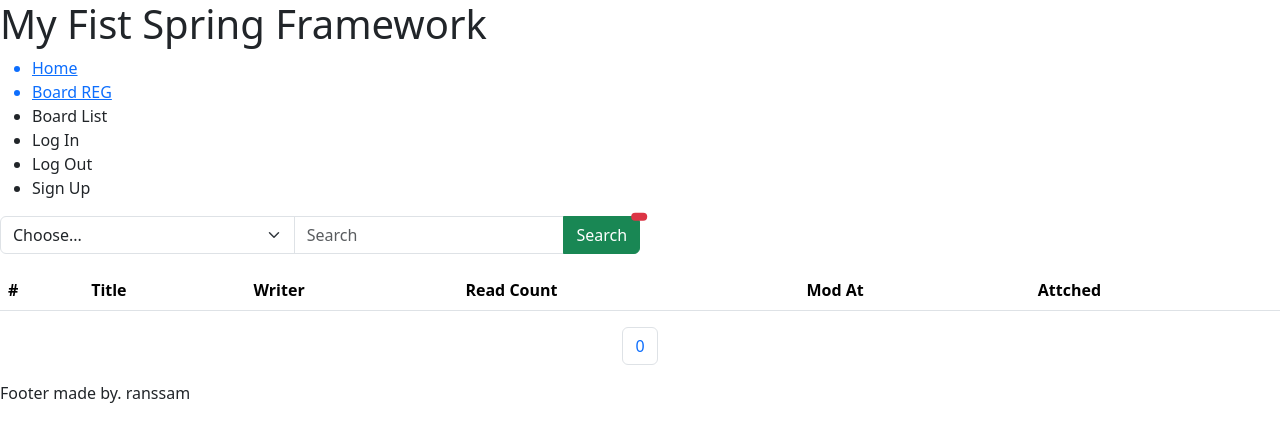
Repository: dhalfks/springSecurityTest
Page: http://localhost/springTest/WEB-INF/views/board/list.jsp
The author's editor kept a copy of each file at every save. The page is drawn from the files as they stood at one save, then again after the next save.
The browser window is 1280 px wide. The pictures show the whole page.
The page is served by Tomcat 9. Nobody is signed in. The template is opened directly, without the code that normally fills it, so the values that code supplies are empty.

Above is the page before, as saved 2023-09-29 13:08:56.

After the next save:
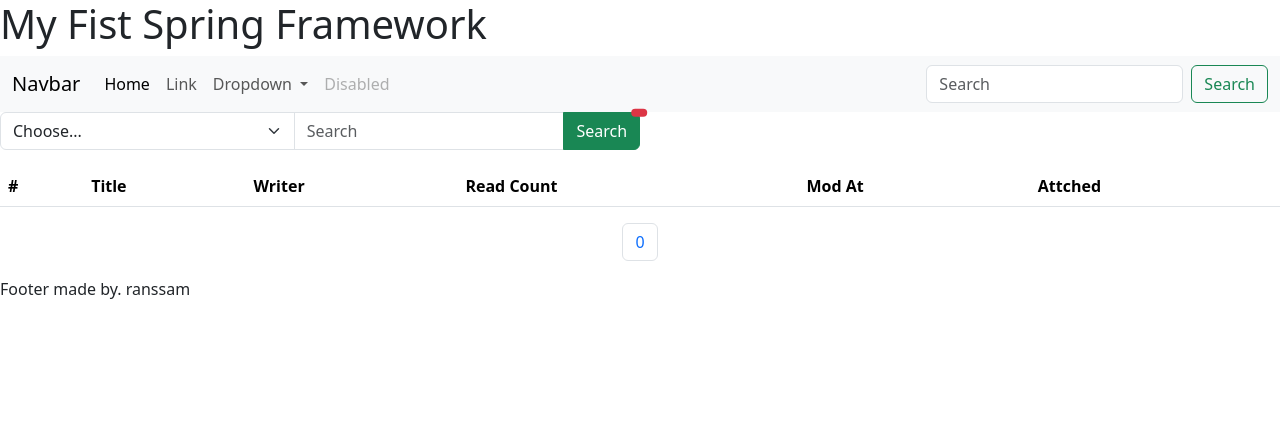
Saved 3 min 21 s later.
--- a/_spring_workspace/springTest/src/main/webapp/WEB-INF/views/common/nav.jsp
+++ b/_spring_workspace/springTest/src/main/webapp/WEB-INF/views/common/nav.jsp
@@ -2,7 +2,7 @@
     pageEncoding="UTF-8"%>
 <%@ taglib prefix="c" uri="http://java.sun.com/jsp/jstl/core"%>
 <%@ taglib prefix="sec" uri="http://www.springframework.org/security/tags" %>
-<header>
+<!-- <header>
 <ul>
 <a href="/"><li>Home</li></a>
 <a href="/board/register"><li>Board REG</li></a>
@@ -12,4 +12,41 @@
 <li>Sign Up</li>
 
 </ul>
-</header>
+</header> -->
+
+<nav class="navbar navbar-expand-lg bg-body-tertiary">
+  <div class="container-fluid">
+    <a class="navbar-brand" href="#">Navbar</a>
+    <button class="navbar-toggler" type="button" data-bs-toggle="collapse" data-bs-target="#navbarSupportedContent" aria-controls="navbarSupportedContent" aria-expanded="false" aria-label="Toggle navigation">
+      <span class="navbar-toggler-icon"></span>
+    </button>
+    <div class="collapse navbar-collapse" id="navbarSupportedContent">
+      <ul class="navbar-nav me-auto mb-2 mb-lg-0">
+        <li class="nav-item">
+          <a class="nav-link active" aria-current="page" href="#">Home</a>
+        </li>
+        <li class="nav-item">
+          <a class="nav-link" href="#">Link</a>
+        </li>
+        <li class="nav-item dropdown">
+          <a class="nav-link dropdown-toggle" href="#" role="button" data-bs-toggle="dropdown" aria-expanded="false">
+            Dropdown
+          </a>
+          <ul class="dropdown-menu">
+            <li><a class="dropdown-item" href="#">Action</a></li>
+            <li><a class="dropdown-item" href="#">Another action</a></li>
+            <li><hr class="dropdown-divider"></li>
+            <li><a class="dropdown-item" href="#">Something else here</a></li>
+          </ul>
+        </li>
+        <li class="nav-item">
+          <a class="nav-link disabled" aria-disabled="true">Disabled</a>
+        </li>
+      </ul>
+      <form class="d-flex" role="search">
+        <input class="form-control me-2" type="search" placeholder="Search" aria-label="Search">
+        <button class="btn btn-outline-success" type="submit">Search</button>
+      </form>
+    </div>
+  </div>
+</nav>
